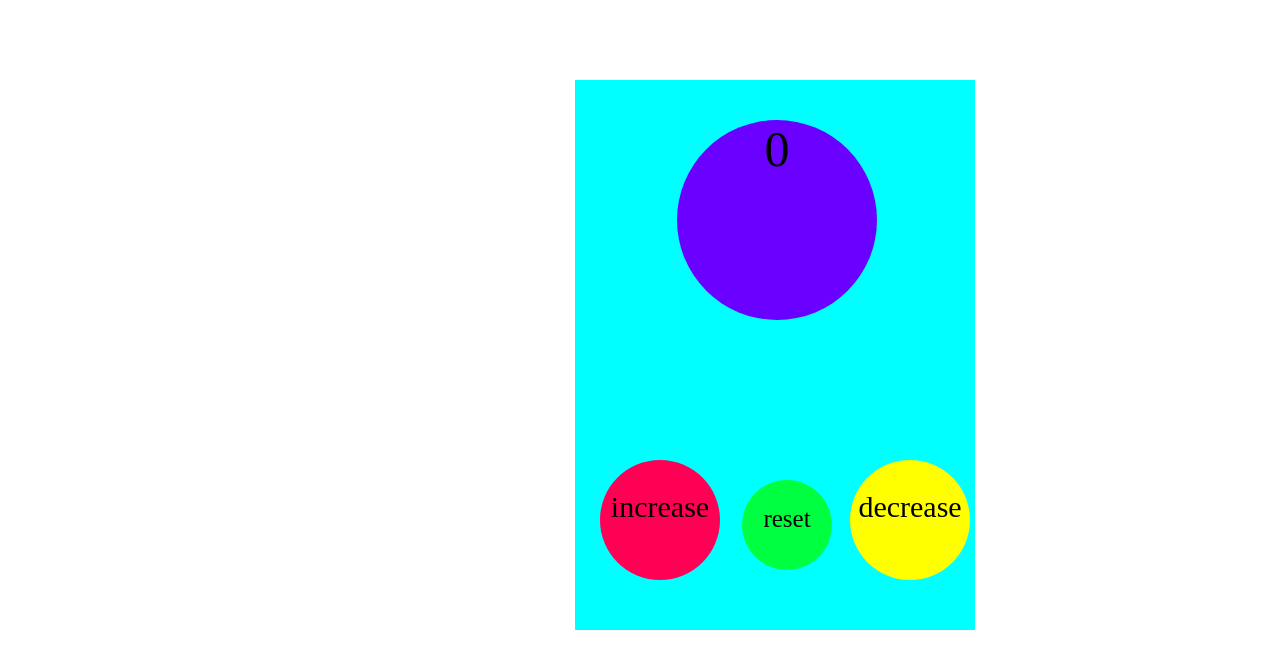
Repository: sara55m/Counter_App
Page: index.html
The author's editor kept a copy of each file at every save. The page is drawn from the files as they stood at one save, then again after the next save.
The browser window is 1280 px wide. The pictures show the whole page.

Above is the page before, as saved 2024-07-30 03:44:35.

### index.html
<!DOCTYPE html>
<html lang="en">
<head>
    <meta charset="UTF-8">
    <meta name="viewport" content="width=device-width, initial-scale=1.0">
    <title>Document</title>
    <link rel="stylesheet" href="css/style.css">
</head>
<body>
    <div class="container">
        <div class="main" id="main"></div>
        <div class="increase" id="increase" onclick="increase()"><p class="first">increase</p></div>
        <div class="decrease" id="decrease" onclick="decrease()"><p class="second">decrease</p></div>
        <div class="reset" onclick="reset_1()"><p class="third">reset</p></div>
    </div>
    <script src="js/script.js"></script>
</body>
</html>

### css/style.css
.container{
    position: absolute;
    top:80px;
    left:575px;
    height:550px;
    width:400px;
    background-color: aqua;
}

.main{
    position:absolute;
    top:40px;
    left:102px;
    height:200px;
    width:200px;
    border-radius: 50%;
    background-color: rgb(106, 0, 255);
    text-align: center;
    font-size: 50px;
}

.increase{
    position:absolute;
    top:380px;
    left:25px;
    height:120px;
    width:120px;
    border-radius: 50%;
    background-color: rgb(255, 0, 85);
    text-align: center;
    font-size: 50px;
}
p.first,p.second{
    font-size: 30px;;
}

.decrease{
    position:absolute;
    top:380px;
    left:275px;
    height:120px;
    width:120px;
    border-radius: 50%;
    background-color:yellow;
    text-align: center;
    font-size: 50px;
}

.reset{
    position:absolute;
    top:400px;
    left:167px;
    height:90px;
    width:90px;
    border-radius: 50%;
    background-color: rgb(0, 255, 64);
    text-align: center;
    font-size: 50px;
}

p.third{
    font-size: 25px;;
}

### js/script.js
let count=0;
document.getElementById("main").innerHTML=count;
function increase(){
    count+=1;
    document.getElementById("main").innerHTML=count;
}


function decrease(){
    count-=1;
    document.getElementById("main").innerHTML=count;

}

function reset_1(){
    let count=0;
    let x=document.getElementById("main").innerHTML=count;

}

After the next save:
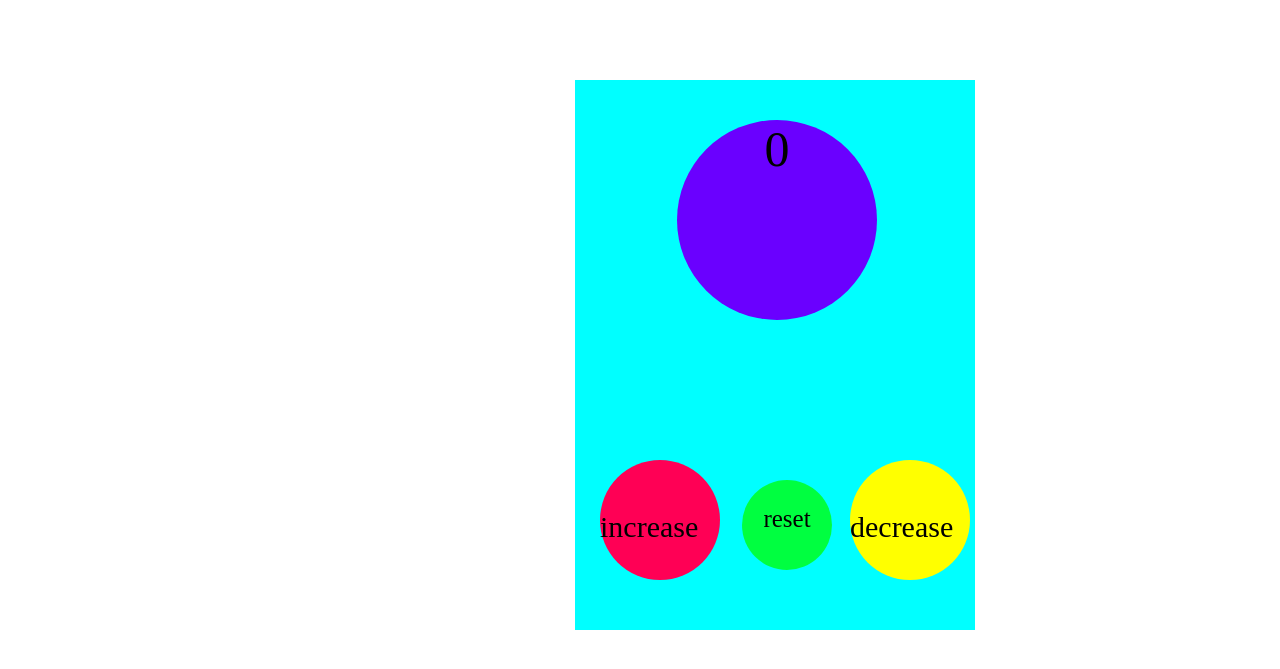
Saved 103 s later.
--- a/css/style.css
+++ b/css/style.css
@@ -31,6 +31,8 @@
     font-size: 50px;
 }
 p.first,p.second{
+    position:absolute;
+    top:20px;
     font-size: 30px;;
 }
 
